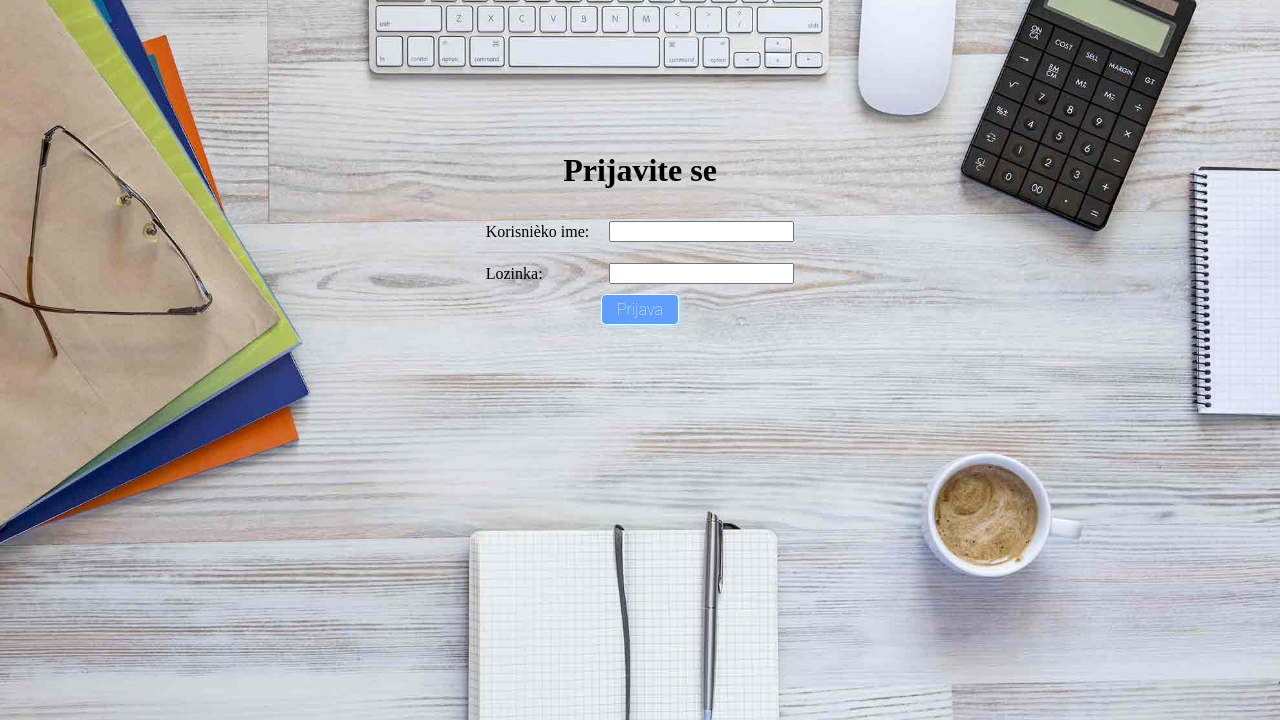
Repository: KristijanPetkovic/java-applet-video-library
Page: Projekti/www.videoteka.com/WebContent/login.html
The author's editor kept a copy of each file at every save. The page is drawn from the files as they stood at one save, then again after the next save.
The browser window is 1280 px wide. The pictures show the whole page.

Above is the page before, as saved 2019-01-12 19:50:07.

After the next save:
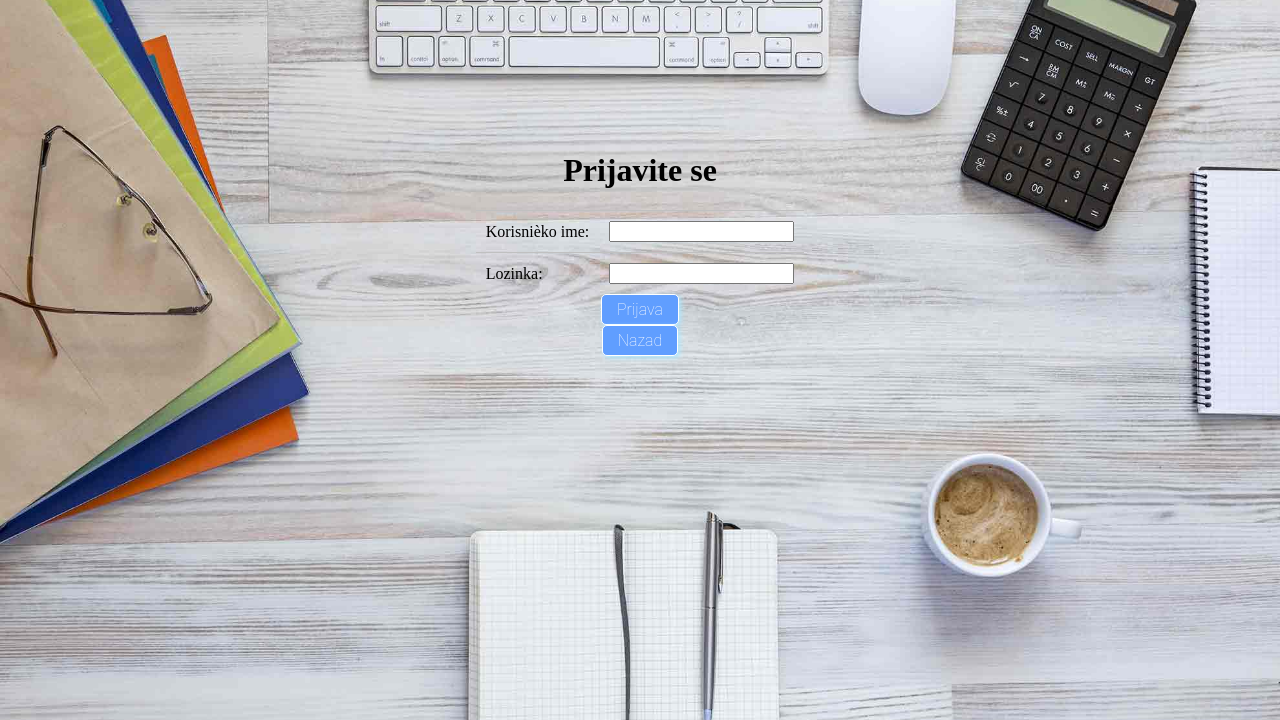
Saved 92 s later.
--- a/Projekti/www.videoteka.com/WebContent/login.html
+++ b/Projekti/www.videoteka.com/WebContent/login.html
@@ -18,7 +18,8 @@
 					<td> <input name="sifra" type="password"> </td>
 				</tr>
 			</table>
-			<input class="color-change" name="prijava" type="submit" value="Prijava" formaction="LoginServlet">
+			<input class="color-change" name="prijava" type="submit" value="Prijava" formaction="LoginServlet"><br>
+			<input class="color-change" type="button" onclick="location.href='./pocetna.html';" value="Nazad" />
 
 		</form>
 	</body>
